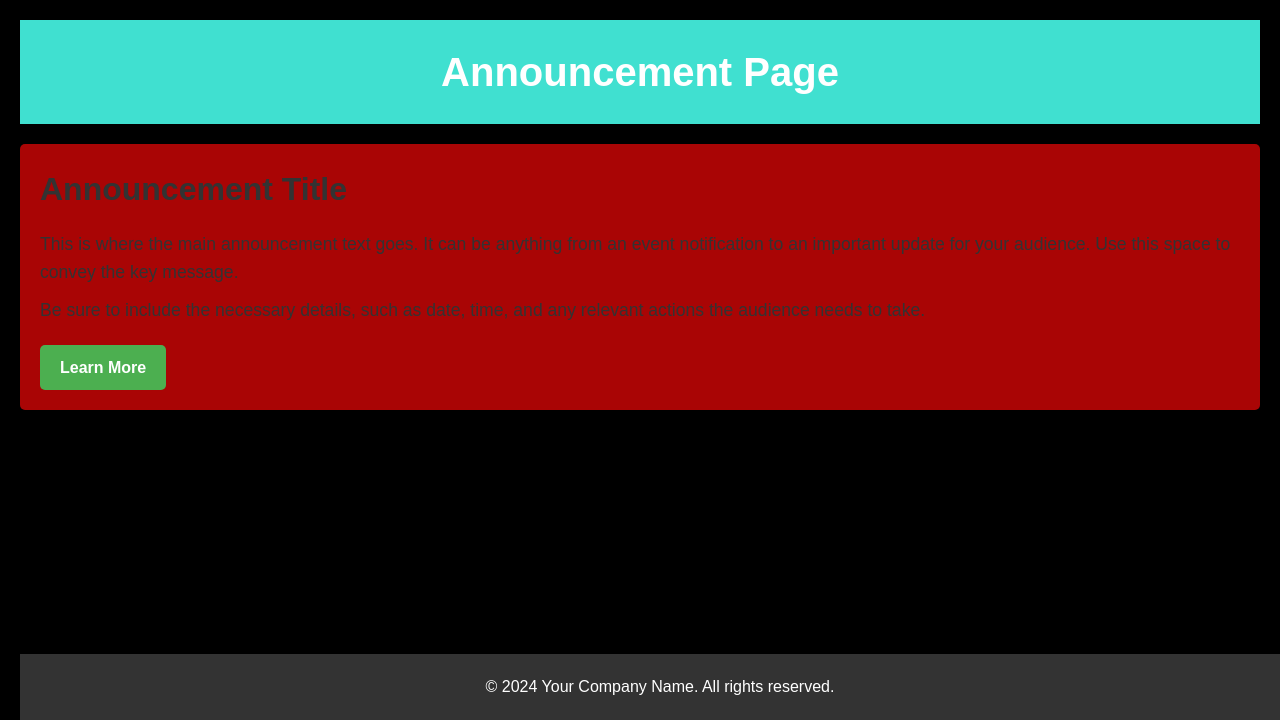
Repository: TejasS1233/MINITHON-hackathon-project
Page: annoucementpage.html
These files come from the project's save history. The page is drawn as it stood at one moment and after the next save; the edit follows.
The browser window is 1280 px wide. The pictures show the whole page.

Above is the page before, as saved 2024-09-20 08:45:37.

### annoucementpage.html
<!DOCTYPE html>
<html lang="en">
<head>
    <meta charset="UTF-8">
    <meta name="viewport" content="width=device-width, initial-scale=1.0">
    <meta http-equiv="X-UA-Compatible" content="ie=edge">
    <title>Announcement Page</title>
    <link rel="stylesheet" href="styles.css">
</head>
<body>
    <header>
        <h1>Announcement Page</h1>
    </header>

    <section class="announcement">
        <h2>Announcement Title</h2>
        <p>
            This is where the main announcement text goes. It can be anything from an event notification to
            an important update for your audience. Use this space to convey the key message.
        </p>
        <p>
            Be sure to include the necessary details, such as date, time, and any relevant actions the
            audience needs to take.
        </p>
        <a href="#" class="cta-button">Learn More</a>
    </section>

    <footer>
        <p>&copy; 2024 Your Company Name. All rights reserved.</p>
    </footer>
</body>
</html>

### styles.css
* {
    margin: 0;
    padding: 0;
    box-sizing: border-box;
}

body {
    font-family: 'Arial', sans-serif;
    background-color: black;
    color: #333;
    line-height: 1.6;
    padding: 20px;
}

/* Header Styling */
header {
    background-color: turquoise;
    color: white;
    padding: 20px 0;
    text-align: center;
    margin-bottom: 20px;
}

header h1 {
    font-size: 2.5em;
}


.announcement {
    background-color: rgb(169, 5, 5);
    padding: 20px;
    border-radius: 5px;
    box-shadow: 0 2px 10px rgba(0, 0, 0, 0.1);
    margin-bottom: 20px;
}

.announcement h2 {
    font-size: 2em;
    margin-bottom: 15px;
}

.announcement p {
    margin-bottom: 10px;
    font-size: 1.1em;
}

.cta-button {
    display: inline-block;
    background-color: #4CAF50;
    color: white;
    padding: 10px 20px;
    text-decoration: none;
    border-radius: 5px;
    margin-top: 10px;
    font-weight: bold;
}

.cta-button:hover {
    background-color: #45a049;
}

/* Footer Styling */
footer {
    text-align: center;
    padding: 20px 0;
    background-color: #333;
    color: white;
    position: fixed;
    width: 100%;
    bottom: 0;
}

After the next save:
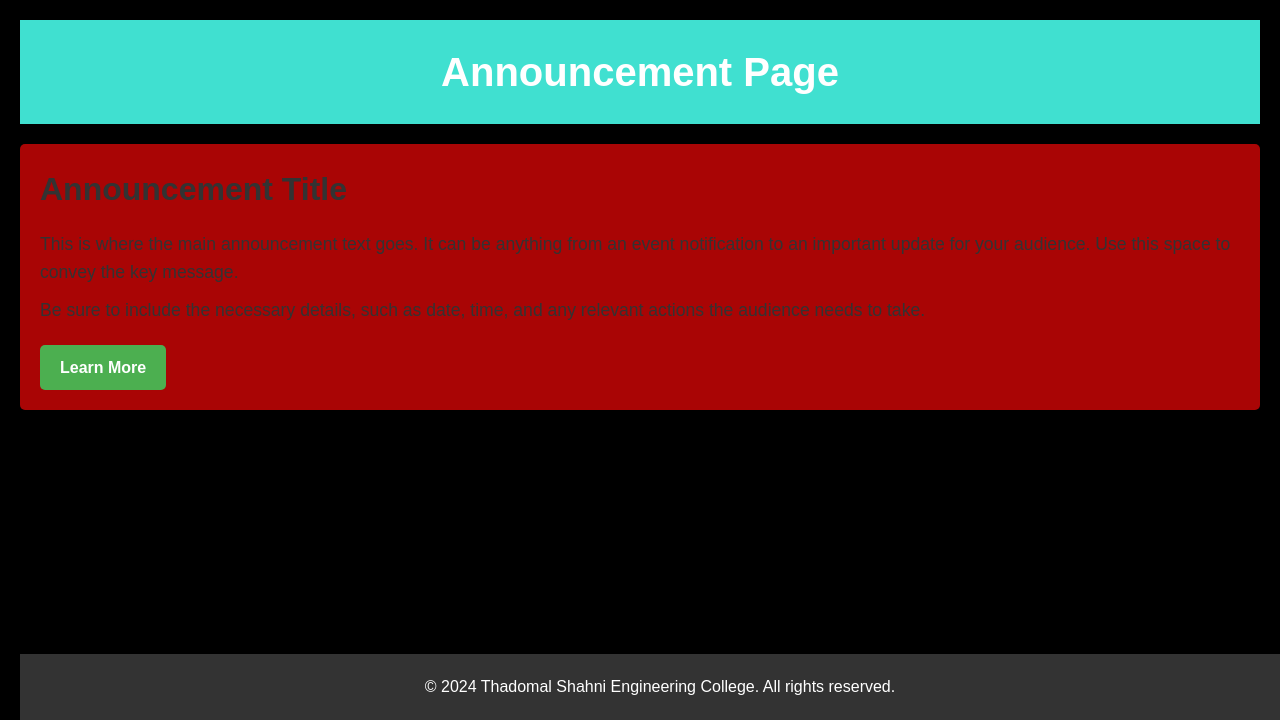
Saved 1 s later.
--- a/annoucementpage.html
+++ b/annoucementpage.html
@@ -26,7 +26,7 @@
     </section>
 
     <footer>
-        <p>&copy; 2024 Your Company Name. All rights reserved.</p>
+        <p>&copy; 2024 Thadomal Shahni Engineering College. All rights reserved.</p>
     </footer>
 </body>
 </html>
